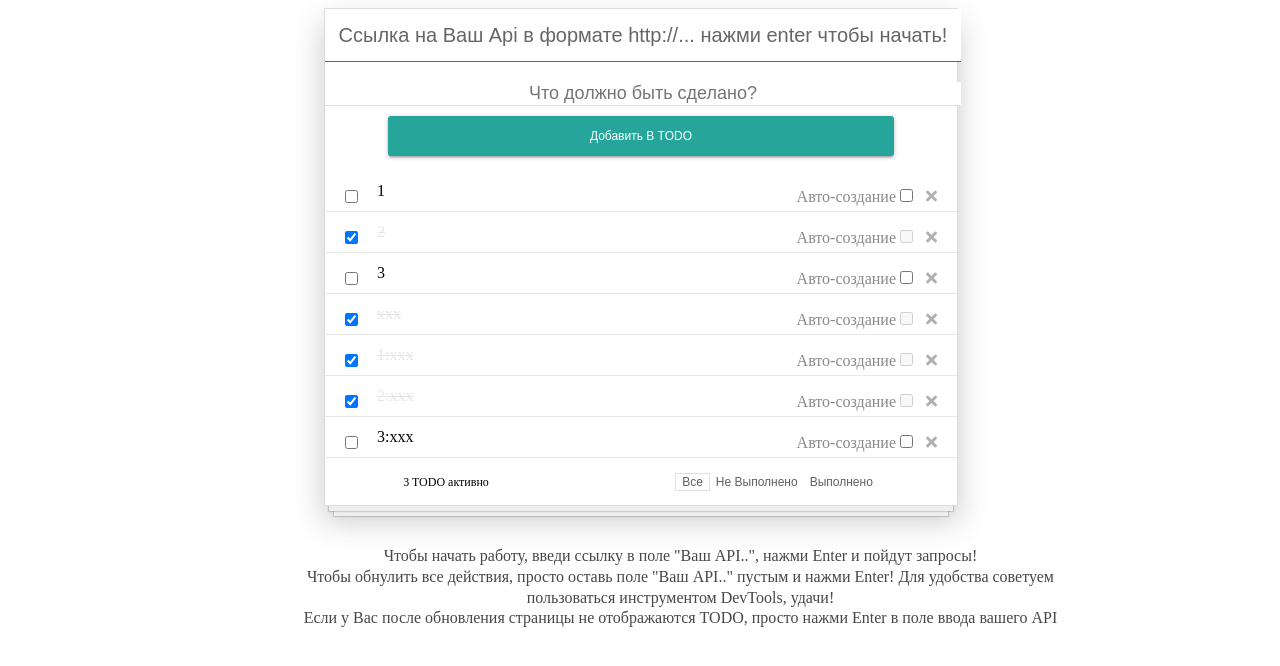
Repository: AntonBrock/taskTodo_for-backend
Page: /
An editor plug-in stored every save of this project. The page is shown before and after the next save, followed by the edit.
The browser window is 1280 px wide. The pictures show the whole page.
Some web libraries are served in a nearby version. The project was rebuilt for these pictures with package versions that can differ from the ones it lists, and the page was loaded fresh each time.

Above is the page before, as saved 2019-04-30 14:51:55.

After the next save:
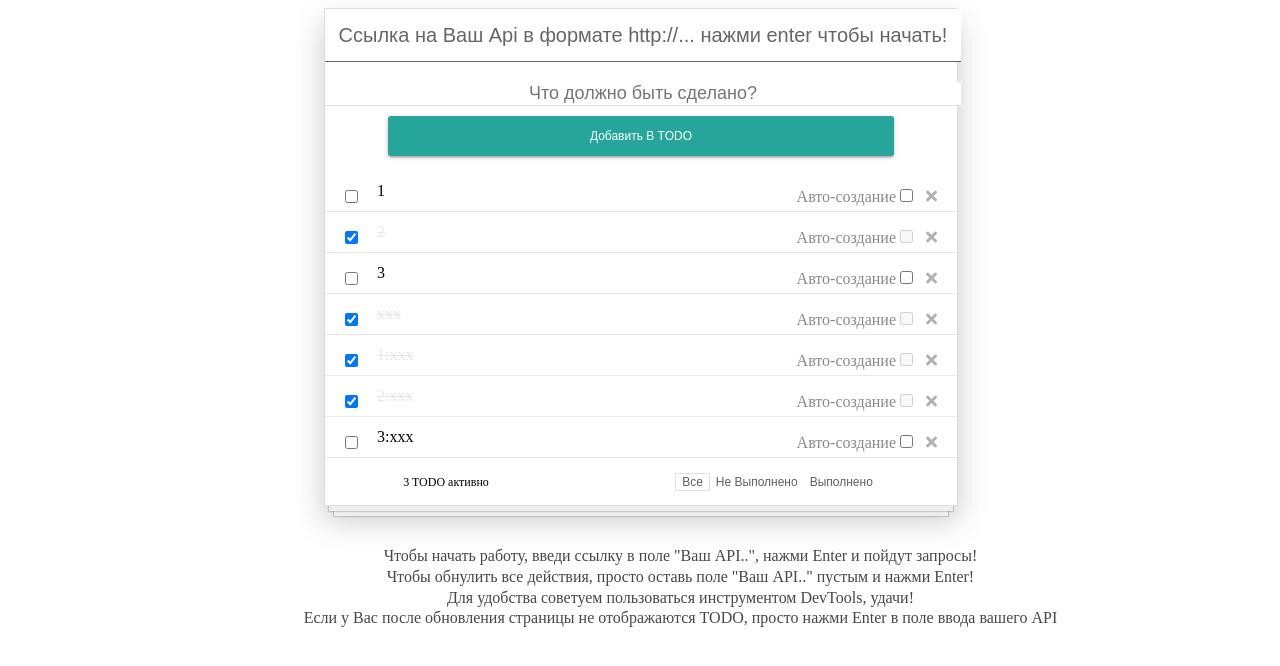
Saved 10 s later.
--- a/src/App.vue
+++ b/src/App.vue
@@ -2,7 +2,7 @@
   #app
     Todolist
     .helpContainer
-      p.helpText Чтобы начать работу, введи ссылку в поле "Ваш API..", нажми Enter и пойдут запросы! <br> Чтобы обнулить все действия, просто оставь поле "Ваш API.." пустым и нажми Enter! Для удобства советуем пользоваться инструментом DevTools, удачи! <br> Если у Вас после обновления страницы не отображаются TODO, просто нажми Enter в поле ввода вашего API
+      p.helpText Чтобы начать работу, введи ссылку в поле "Ваш API..", нажми Enter и пойдут запросы! <br> Чтобы обнулить все действия, просто оставь поле "Ваш API.." пустым и нажми Enter! <br> Для удобства советуем пользоваться инструментом DevTools, удачи! <br> Если у Вас после обновления страницы не отображаются TODO, просто нажми Enter в поле ввода вашего API
 </template>
 
 <script>
